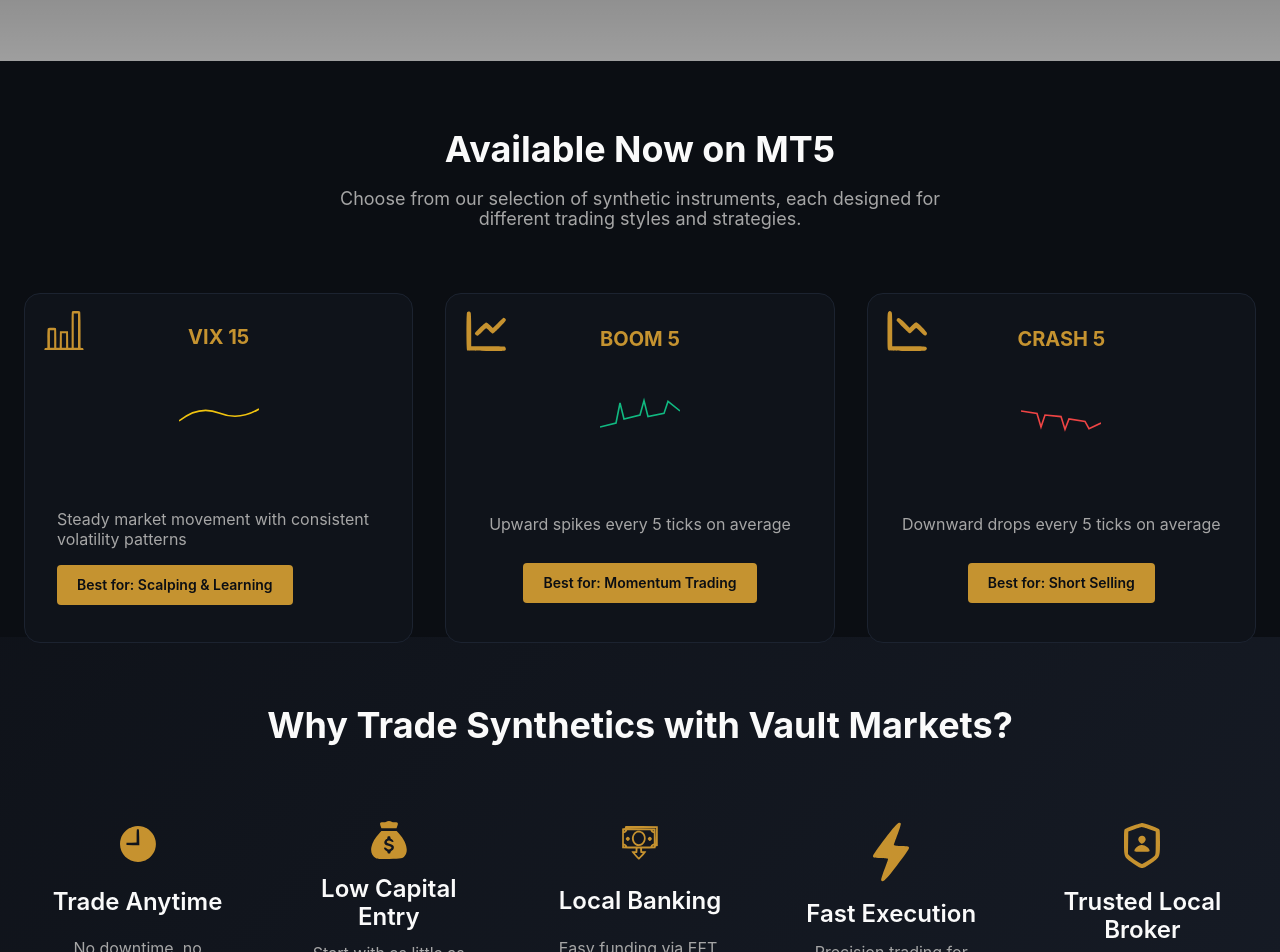
Repository: Jacques-Jaki-Morkel/VaultMarkets_Synthetics
Page: wp-copy/index.HTML
The author's editor kept a copy of each file at every save. The page is drawn from the files as they stood at one save, then again after the next save.
The browser window is 1280 px wide. The pictures show the part of the page from y = 1205 to 2157 px (the page is 4689 px tall).
Pictures or frames that could not be fetched are drawn as grey boxes.

Above is the page before, as saved 2025-08-01 14:31:48.

After the next save:
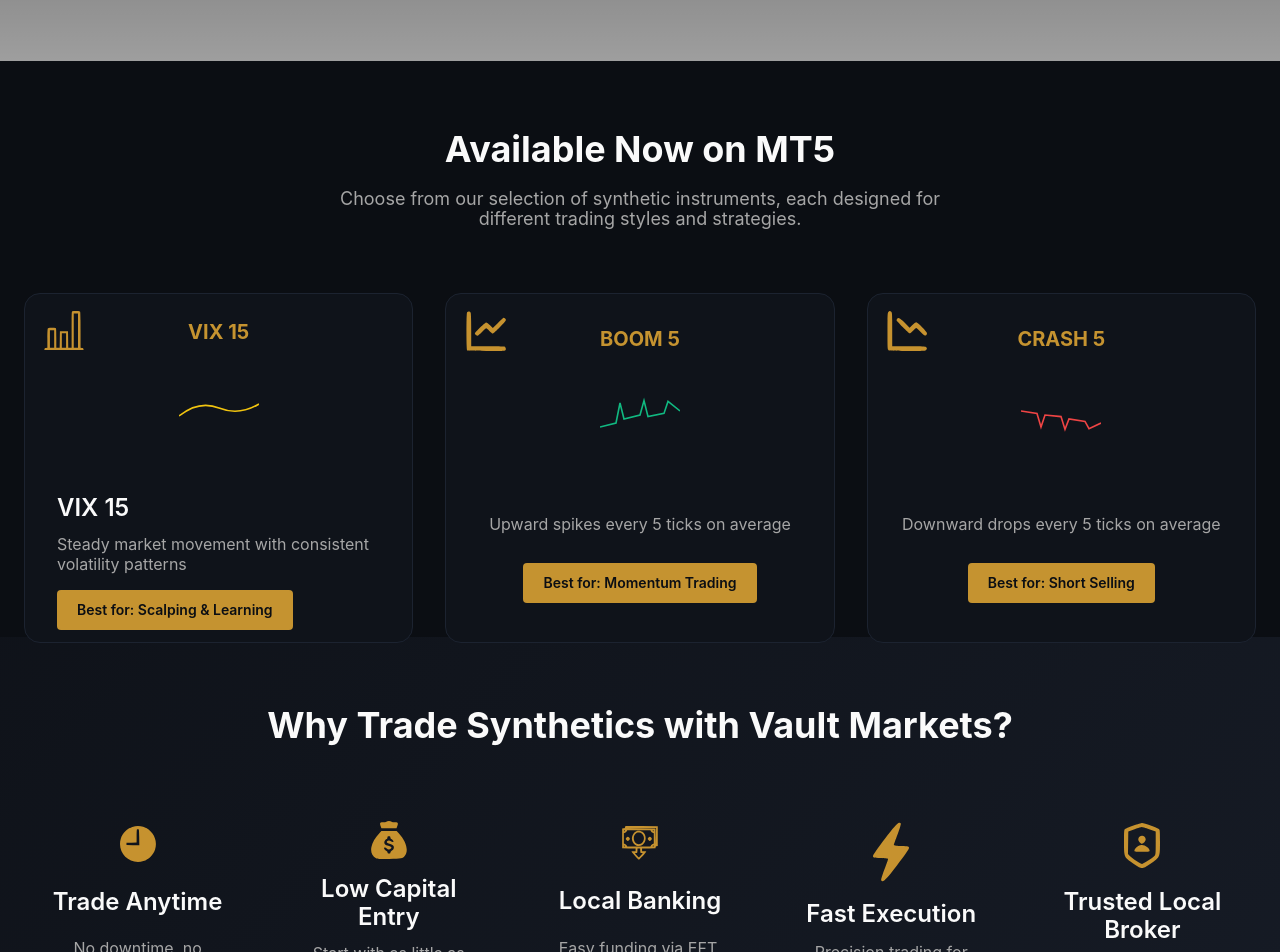
Saved 12 s later.
--- a/wp-copy/index.HTML
+++ b/wp-copy/index.HTML
@@ -89,6 +89,7 @@
                         </div>
                     </div>
                     <div class="vm-instrument-heading">
+                        <h3 class="vm-instrument-title">VIX 15</h3>
                     <p class="vm-instrument-description">Steady market movement with consistent volatility patterns</p>
                     <span class="vm-best-for">Best for: Scalping & Learning</span>
                     </div>
